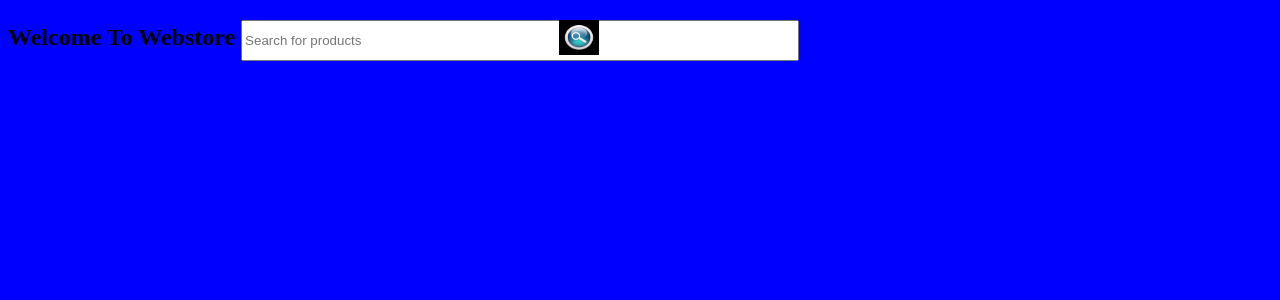
Repository: sourogithub/Final-yr-project-using-j2ee
Page: http://localhost/Webstore/JSP Pages/Front.jsp
These files come from the project's save history. The page is drawn as it stood at one moment and after a run of saves; the edit follows.
The browser window is 1280 px wide. The pictures show the whole page.
The page is served by Tomcat 9.

Above is the page before, as saved 2017-04-11 08:47:09.

After the next 2 saves:
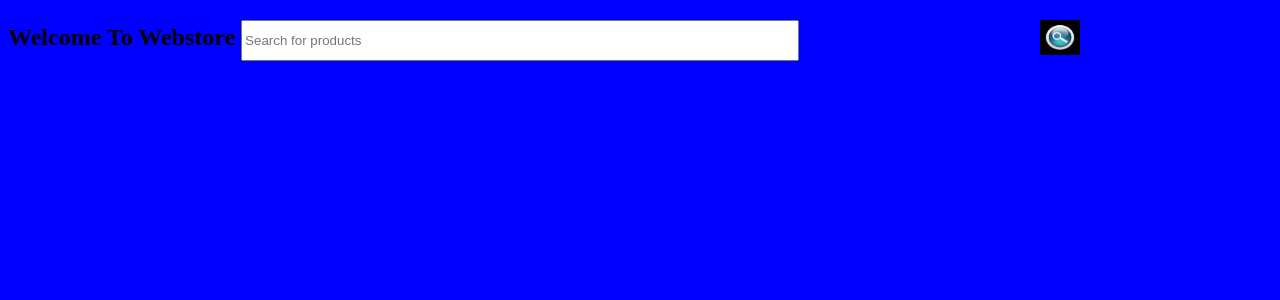
The 2 saves are shown as one change because they came seconds apart.
The last was saved 32 s later.
--- a/Webstore/WebContent/JSP Pages/Front.jsp
+++ b/Webstore/WebContent/JSP Pages/Front.jsp
@@ -7,7 +7,7 @@
 <title>Insert title here</title>
 </head>
 <body style="background-color:blue">
-<div id="top"  style="background:blue; height:100px;position:absolute;top:0px">
+<div id="top"  style="background:blue; height:100px">
 <h2 >Welcome To Webstore
 <input type="text" placeholder="Search for products" required style="border-width:2;width:550px;height:35px">
 <a><img src="../images/search-images-17.jpg" height="35px" width="40px" style="position:absolute;right:200px"></a>
